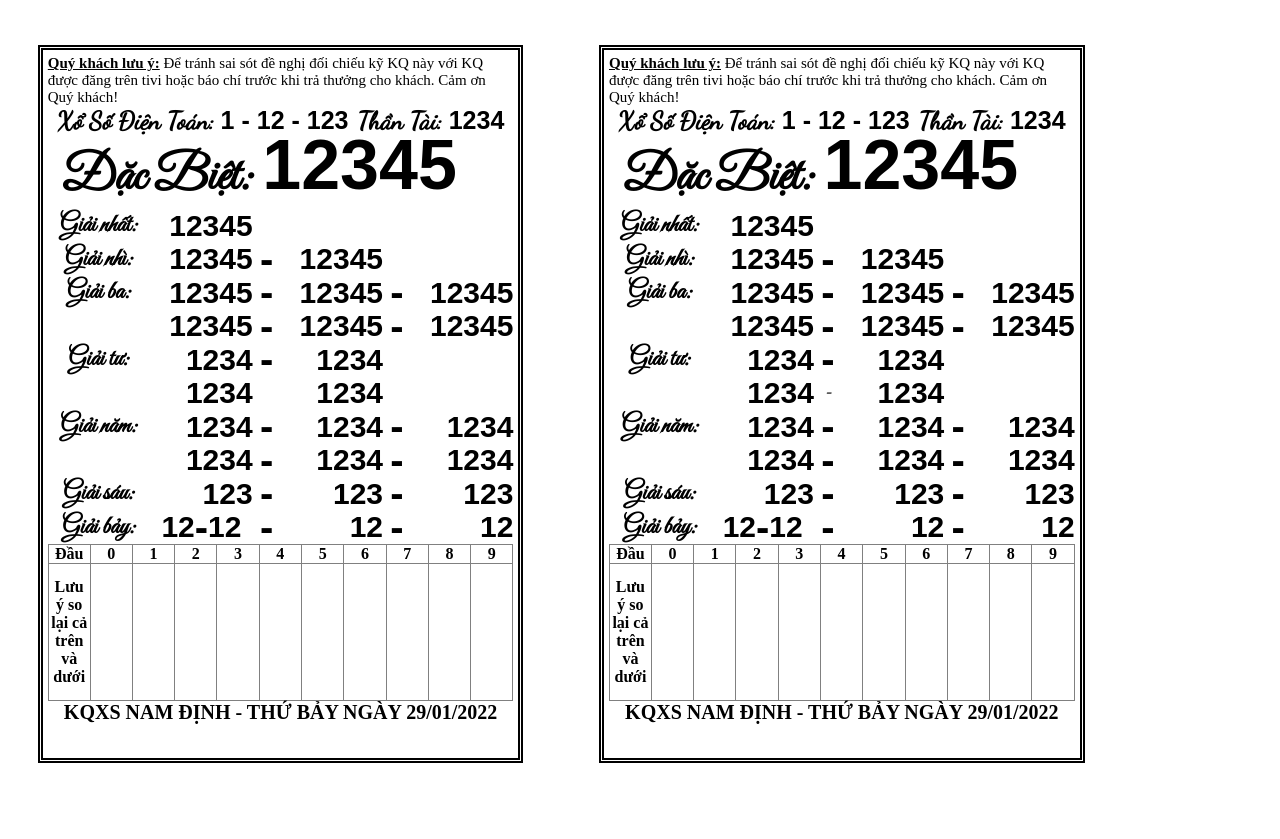
Repository: AnhDuc0125/xskt123
Page: index.html
An editor plug-in stored every save of this project. The page is shown before and after a run of saves, followed by the edit.
The browser window is 1280 px wide. The pictures show the whole page.
The page's requests for data from a server got no answer. Some web fonts or font styles are not loaded; a fallback is used.

Above is the page before, as saved 2022-01-29 18:33:18.

After the next 4 saves:
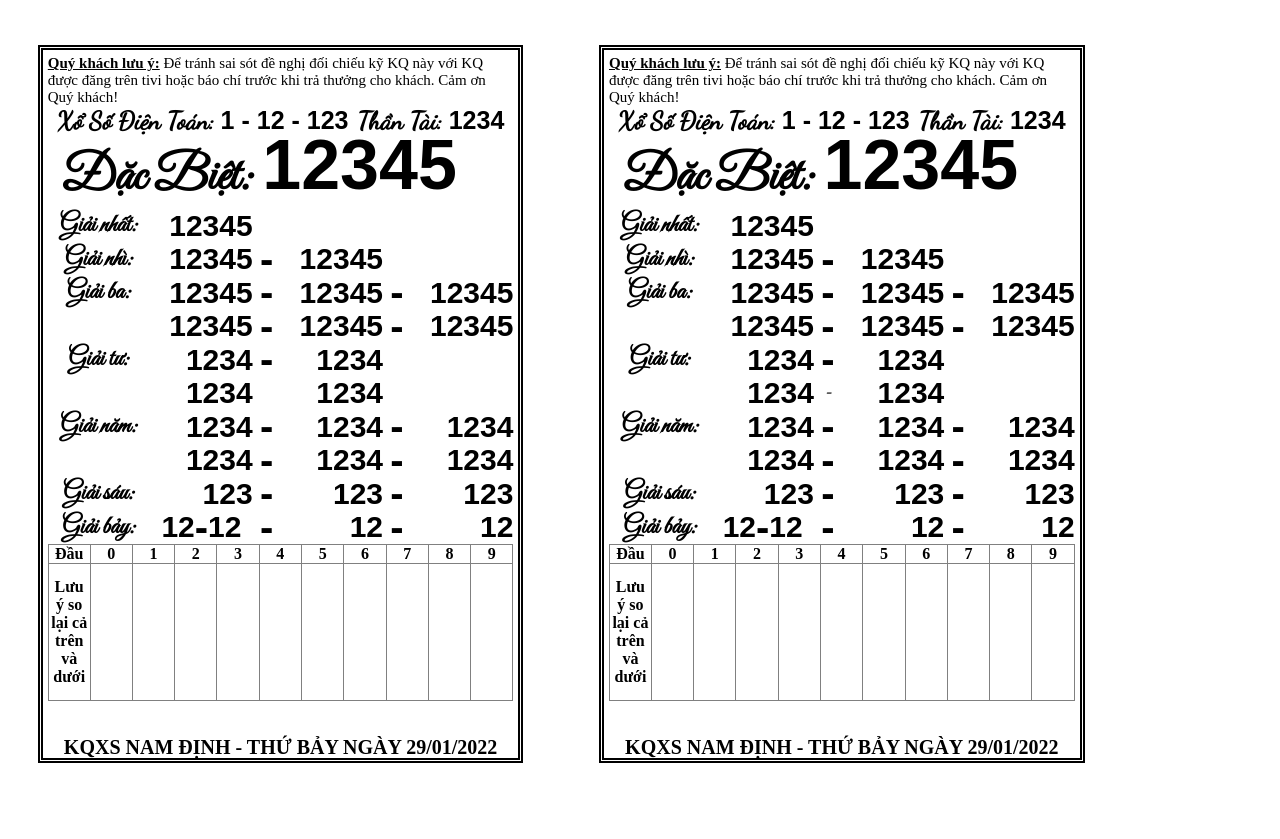
The 4 saves are shown as one change because they came seconds apart.
The last was saved 34 s later.
--- a/style.css
+++ b/style.css
@@ -157,6 +157,5 @@ th.cols {
   font-weight: bolder;
   font-size: 20px;
   text-align: center;
-  position: relative;
-  bottom: 0;
+  transform: translateY(35px);
 }
